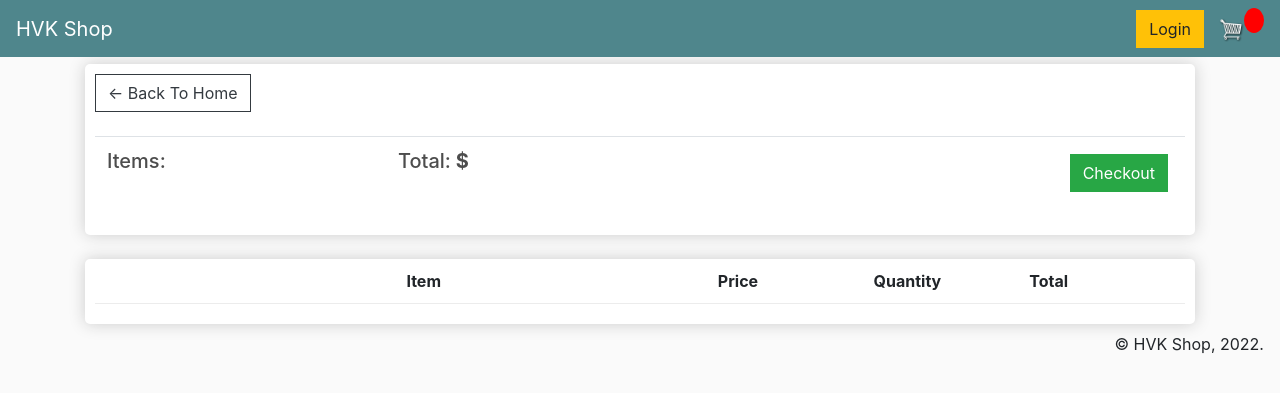
Repository: michaelphandeveloper/Ecommerce-Website-Python
Page: ecommerce/store/templates/store/cart.html
These files come from the project's save history. The page is drawn as it stood at one moment and after the next save; the edit follows.
The browser window is 1280 px wide. The pictures show the whole page.
The template is drawn by Django 4.2. The application's start-up code is not run. Other server files are loaded and not shown. The template is opened directly, without the code that normally fills it, so the values that code supplies are empty.

Above is the page before, as saved 2022-12-21 20:22:37.

### ecommerce/store/templates/store/cart.html
{% extends 'store/main.html' %} {% load static %} {% block content %}
<div class="row">
  <div class="col-lg-12">
    <div class="box-element">
      <a class="btn btn-outline-dark" href="{% url 'store' %}"
        >&#x2190; Back To Home</a
      >

      <br />
      <br />
      <table class="table">
        <tr>
          <th>
            <h5>Items: <strong>{{order.get_cart_items}}</strong></h5>
          </th>
          <th>
            <h5>Total:<strong> ${{order.get_cart_total}}</strong></h5>
          </th>
          <th>
            <a
              style="float: right; margin: 5px"
              class="btn btn-success"
              href="{% url 'checkout' %}"
              >Checkout</a
            >
          </th>
        </tr>
      </table>
    </div>

    <br />
    <div class="box-element">
      <div class="cart-row">
        <div style="flex: 2"></div>
        <div style="flex: 2"><strong>Item</strong></div>
        <div style="flex: 1"><strong>Price</strong></div>
        <div style="flex: 1"><strong>Quantity</strong></div>
        <div style="flex: 1"><strong>Total</strong></div>
      </div>

      {% for item in items %}
      <div class="cart-row">
        <div style="flex: 2">
          <img class="row-image" src="{{item.product.image.url}}" />
        </div>
        <div style="flex: 2"><p>{{item.product.name}}</p></div>
        <div style="flex: 1"><p>${{item.product.price|floatformat:2}}</p></div>
        <div style="flex: 1">
          <p class="quantity">{{item.quantity}}</p>
          <div class="quantity">
            <img
              data-product="{{item.product.id}}"
              data-action="add"
              class="chg-quantity update-cart"
              src="{% static  'images/arrow-up.png' %}"
            />

            <img
              data-product="{{item.product.id}}"
              data-action="remove"
              class="chg-quantity update-cart"
              src="{% static  'images/arrow-down.png' %}"
            />
          </div>
        </div>
        <div style="flex: 1"><p>${{item.get_total}}</p></div>
      </div>
      {% endfor %}
    </div>
  </div>
</div>
{% endblock content %}

### ecommerce/store/templates/store/main.html
<!DOCTYPE html>
{% load static %}

<style>
  .hello-msg {
    color: #ffffff;
  }
</style>

<html>
  <head>
    <title>HVK Shop</title>

    <meta
      name="viewport"
      content="width=device-width, initial-scale=1, maximum-scale=1, minimum-scale=1"
    />

    <link
      rel="stylesheet"
      href="https://stackpath.bootstrapcdn.com/bootstrap/4.4.1/css/bootstrap.min.css"
      integrity="sha384-Vkoo8x4CGsO3+Hhxv8T/Q5PaXtkKtu6ug5TOeNV6gBiFeWPGFN9MuhOf23Q9Ifjh"
      crossorigin="anonymous"
    />

    <link rel="stylesheet" type="text/css" href="{% static 'css/main.css' %}" />

    <script type="text/javascript">
      var user = "{{request.user}}";

      function getToken(name) {
        var cookieValue = null;
        if (document.cookie && document.cookie !== "") {
          var cookies = document.cookie.split(";");
          for (var i = 0; i < cookies.length; i++) {
            var cookie = cookies[i].trim();
            if (cookie.substring(0, name.length + 1) === name + "=") {
              cookieValue = decodeURIComponent(
                cookie.substring(name.length + 1)
              );
              break;
            }
          }
        }
        return cookieValue;
      }
      var csrftoken = getToken("csrftoken");
      console.log("CSRFToken: ", csrftoken);

      function getCookie(name) {
        // Split cookie string and get all individual name=value pairs in array
        var cookieArr = document.cookie.split(";");

        // Loop through the array elements
        for (var i = 0; i < cookieArr.length; i++) {
          var cookiePair = cookieArr[i].split("=");

          /* Removing whitespace at the beginning of the cookie name and compare it with the given string */
          if (name == cookiePair[0].trim()) {
            // Decode the cookie value and return
            return decodeURIComponent(cookiePair[1]);
          }
        }

        // Return null if not found
        return null;
      }

      var cart = JSON.parse(getCookie("cart"));
      if (cart == undefined) {
        cart = {};
        console.log("Cart Created!", cart);
        document.cookie = "cart=" + JSON.stringify(cart) + ";domain=;path=/";
      }

      console.log("Cart:", cart);
    </script>
  </head>
  <body>
    <nav class="navbar navbar-expand-lg navbar-dark bg-dark fixed-top">
      <a class="navbar-brand" href="{% url 'store' %}">HVK Shop</a>
      <button
        class="navbar-toggler"
        type="button"
        data-toggle="collapse"
        data-target="#navbarSupportedContent"
        aria-controls="navbarSupportedContent"
        aria-expanded="false"
        aria-label="Toggle navigation"
      >
        <span class="navbar-toggler-icon"></span>
      </button>

      <div class="collapse navbar-collapse" id="navbarSupportedContent">
        <ul class="navbar-nav mr-auto">
          <li class="nav-item active"></li>
        </ul>
        <div class="form-inline my-2 my-lg-0">
          {% if user.is_authenticated %}
          <span class="hello-msg"
            >Hello, {{request.user}}.
            <a class="btn btn-warning" href="{% url 'logout' %}">Logout</a>
          </span>
          {% else %}
          <a href="{% url 'login' %}" class="btn btn-warning">Login</a>
          {% endif %}

          <a href="{% url 'cart' %}">
            <img id="cart-icon" src="{% static 'images/cart.png' %}" />
          </a>
          <p id="cart-total">{{cartItems}}</p>
        </div>
      </div>
    </nav>

    <div class="container">
      <br />
      {% block content %} {% endblock content %}
    </div>

    <script
      src="https://code.jquery.com/jquery-3.4.1.slim.min.js"
      integrity="sha384-J6qa4849blE2+poT4WnyKhv5vZF5SrPo0iEjwBvKU7imGFAV0wwj1yYfoRSJoZ+n"
      crossorigin="anonymous"
    ></script>

    <script
      src="https://cdn.jsdelivr.net/npm/popper.js@1.16.0/dist/umd/popper.min.js"
      integrity="sha384-Q6E9RHvbIyZFJoft+2mJbHaEWldlvI9IOYy5n3zV9zzTtmI3UksdQRVvoxMfooAo"
      crossorigin="anonymous"
    ></script>

    <script
      src="https://stackpath.bootstrapcdn.com/bootstrap/4.4.1/js/bootstrap.min.js"
      integrity="sha384-wfSDF2E50Y2D1uUdj0O3uMBJnjuUD4Ih7YwaYd1iqfktj0Uod8GCExl3Og8ifwB6"
      crossorigin="anonymous"
    ></script>

    <script type="text/javascript" src="{% static 'js/cart.js' %}"></script>
  </body>
  <footer>
    <div class="navbar navbar-inverse navbar-static-bottom" role="navigation">
      <div class="navbar-text pull-left"></div>
      <div class="navbar-text pull-right">
      </div>
        &copy; HVK Shop, 2022.
      </div>
    </div>
  </footer>
</html>

### ecommerce/static/css/main.css
body {
  background-color: hsl(0, 0%, 98%);
}

h1,
h2,
h3,
h4,
h5,
h6 {
  color: hsl(0, 0%, 30%);
}

.row {
  margin-top: 30px;
}

.col-lg-2 {
  margin-block-start: 30px;
}

.footer {
  align-content: center;
  background-color: #4f868c !important;
}

.box-element {
  box-shadow: hsl(0, 0%, 80%) 0 0 16px;
  background-color: #fff;
  border-radius: 5px;
  padding: 10px;
}

.thumbnail {
  width: 100%;
  height: 200px;
  -webkit-box-shadow: -1px -3px 5px -2px rgba(214, 214, 214, 1);
  -moz-box-shadow: -1px -3px 5px -2px rgba(214, 214, 214, 1);
  box-shadow: -1px -3px 5px -2px rgba(214, 214, 214, 1);
}

.product {
  border-radius: 0 0 4px 4px;
}

.bg-dark {
  background-color: #4f868c !important;
}

#cart-icon {
  width: 25px;
  display: inline-block;
  margin-left: 15px;
}

#cart-total {
  display: block;
  text-align: center;
  color: #fff;
  background-color: red;
  width: 20px;
  height: 25px;
  border-radius: 50%;
  font-size: 14px;
}

.col-lg-3,
.col-lg-6,
.col-lg-8,
.col-lg-12 {
  margin-top: 10px;
}

.btn {
  border-radius: 0;
}

.row-image {
  width: 100px;
}

.form-field {
  width: 250px;
  display: inline-block;
  padding: 5px;
}

.cart-row {
  display: flex;
  align-items: flex-stretch;
  padding-bottom: 10px;
  margin-bottom: 10px;
  border-bottom: 1px solid #ececec;
}

.quantity {
  display: inline-block;
  font-weight: 700;
  padding-right: 10px;
}

.chg-quantity {
  width: 12px;
  cursor: pointer;
  display: block;
  margin-top: 5px;
  transition: 0.1s;
}

.chg-quantity:hover {
  opacity: 0.6;
}

.hidden {
  display: none !important;
}

### ecommerce/static/js/cart.js
var updateBtns = document.getElementsByClassName("update-cart");

for (i = 0; i < updateBtns.length; i++) {
  updateBtns[i].addEventListener("click", function () {
    var productId = this.dataset.product;
    var action = this.dataset.action;
    console.log("ID: ", productId, "Action: ", action);

    console.log("user: ", user);
    if (user === "AnonymousUser") {
      addCookieItem(productId, action);
    } else {
      updateUserOrder(productId, action);
    }
  });
}

function addCookieItem(productId, action) {
  console.log("Not logged in...");

  if (action == "add") {
    if (cart[productId] == undefined) {
      cart[productId] = { quantity: 1 };
    } else {
      cart[productId]["quantity"] += 1;
    }
  }

  if (action == "remove") {
    cart[productId]["quantity"] -= 1;

    if (cart[productId]["quantity"] <= 0) {
      console.log("Item has been removed from your cart");
      delete cart[productId];
    }
  }
  console.log("Cart:", cart);
  document.cookie = "cart=" + JSON.stringify(cart) + ";domain=;path=/";
  location.reload();
}

function updateUserOrder(productId, action) {
  console.log("Logged in");

  var url = "/update_item/";

  fetch(url, {
    method: "POST",
    headers: {
      "Content-Type": "application/json",
      "X-CSRFToken": csrftoken,
    },
    body: JSON.stringify({ productId: productId, action: action }),
  })
    .then((response) => {
      return response.json();
    })

    .then((data) => {
      console.log("data:", data);
      location.reload();
    });
}

After the next save:
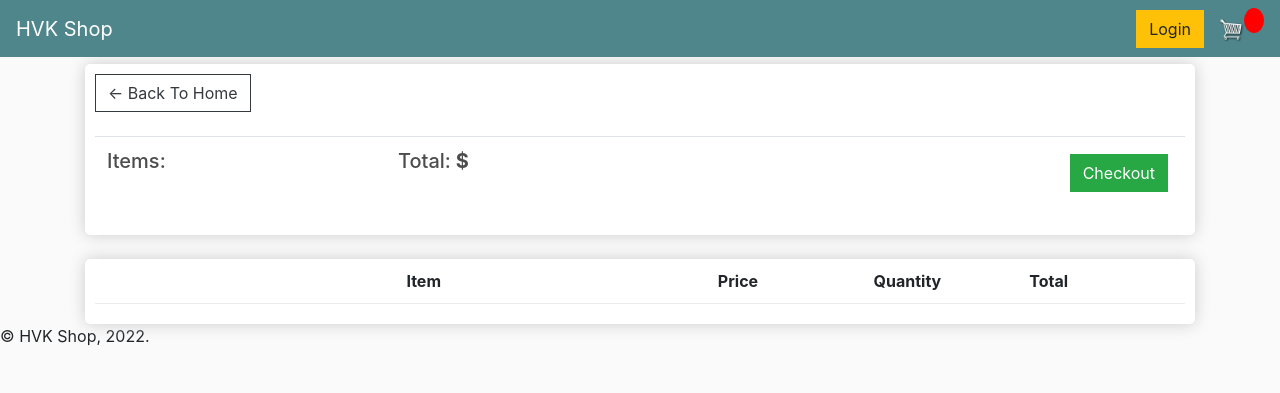
Saved 30 s later.
--- a/ecommerce/store/templates/store/main.html
+++ b/ecommerce/store/templates/store/main.html
@@ -139,9 +139,7 @@
     <script type="text/javascript" src="{% static 'js/cart.js' %}"></script>
   </body>
   <footer>
-    <div class="navbar navbar-inverse navbar-static-bottom" role="navigation">
-      <div class="navbar-text pull-left"></div>
-      <div class="navbar-text pull-right">
+    <div class="footer" role="navigation">
       </div>
         &copy; HVK Shop, 2022.
       </div>
